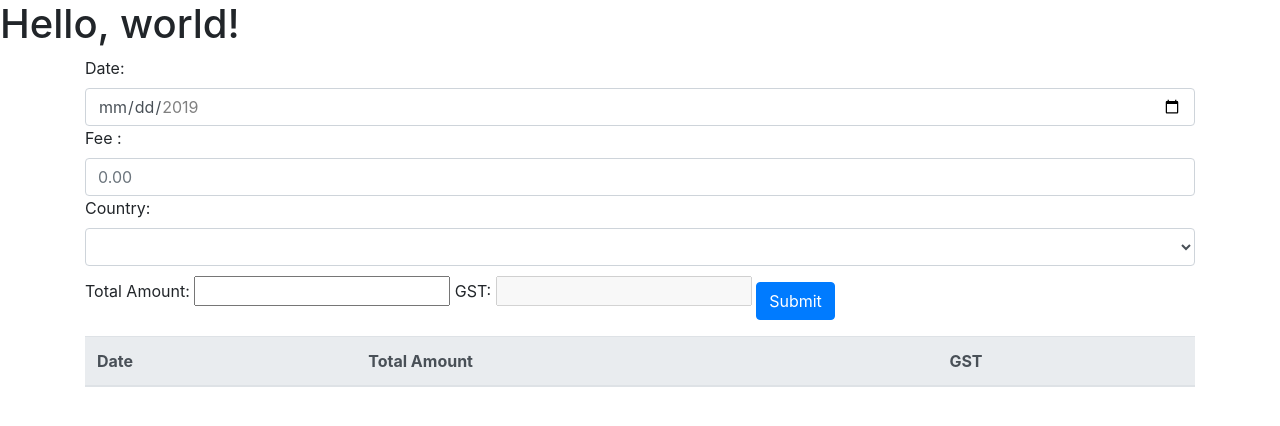
Repository: yucheng91/feesubmissionform
Page: http://localhost/
The author's editor kept a record of every edit. The page is drawn from the files as they stood at one moment, then again after the next edit.
The browser window is 1280 px wide. The pictures show the whole page.
The page is served by the project's application, run on Flask 3 (app.py). Queries for data that is not in the repository find no rows.

Above is the page before.

After the next edit:
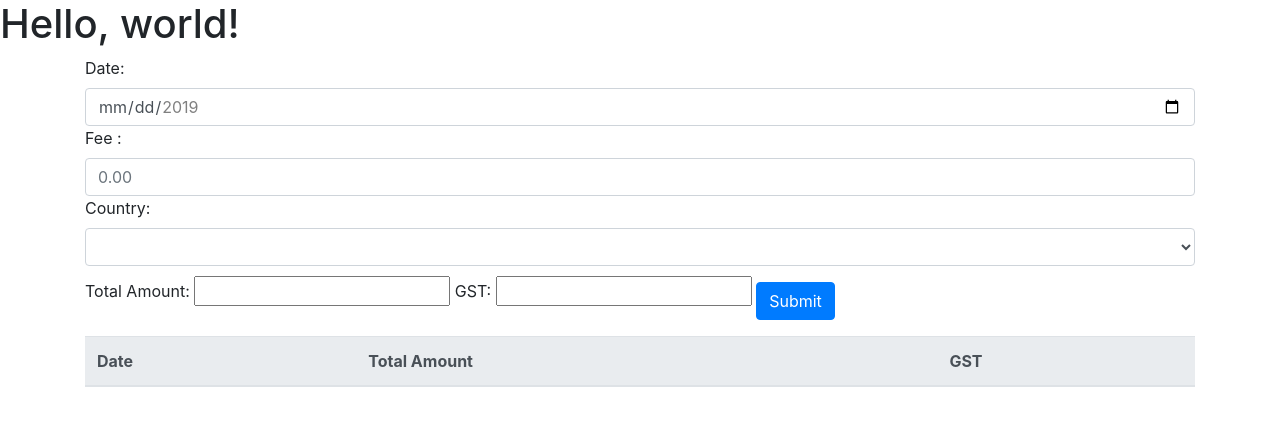
The edit:
--- a/templates/index.html
+++ b/templates/index.html
@@ -43,7 +43,7 @@
                 <label class='label' >
                   GST:
                 </label>
-                <input type="text" name="gst" disabled>
+                <input type="text" name="gst">
               <input type='submit' class='btn btn-primary mt-3'>
               </div>
           </form>

After the 4 edits that followed:
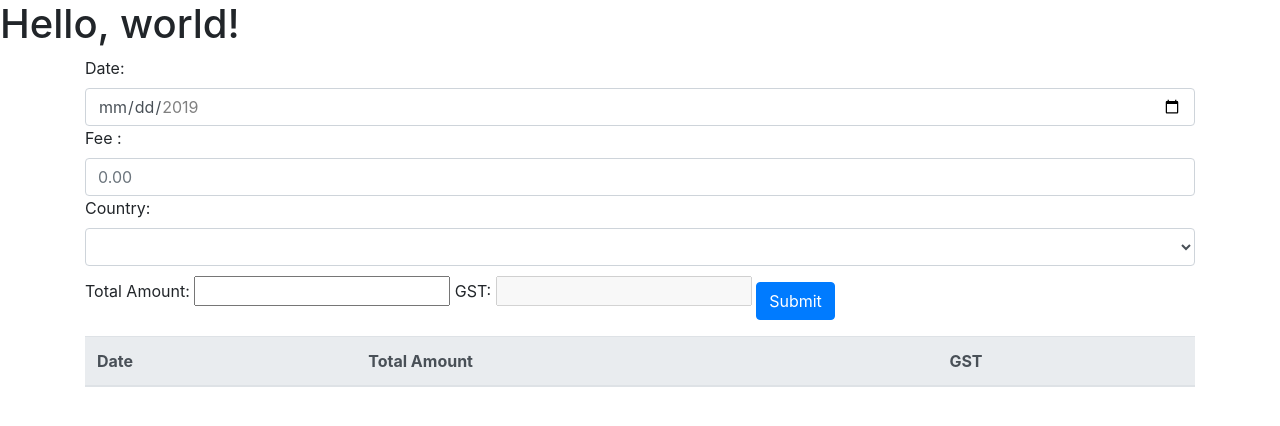
The 4 edits are shown as one change because 3 left the picture as it was.
The edit:
--- a/templates/index.html
+++ b/templates/index.html
@@ -39,11 +39,11 @@
                 <label class='label' >
                   Total Amount:
                 </label>
-                <input type="text" name="totalfee">
+                <input type="number" step:".01" name="totalfee">
                 <label class='label' >
                   GST:
                 </label>
-                <input type="text" name="gst">
+                <input type="number" step:".01" name="gst" disabled>
               <input type='submit' class='btn btn-primary mt-3'>
               </div>
           </form>
